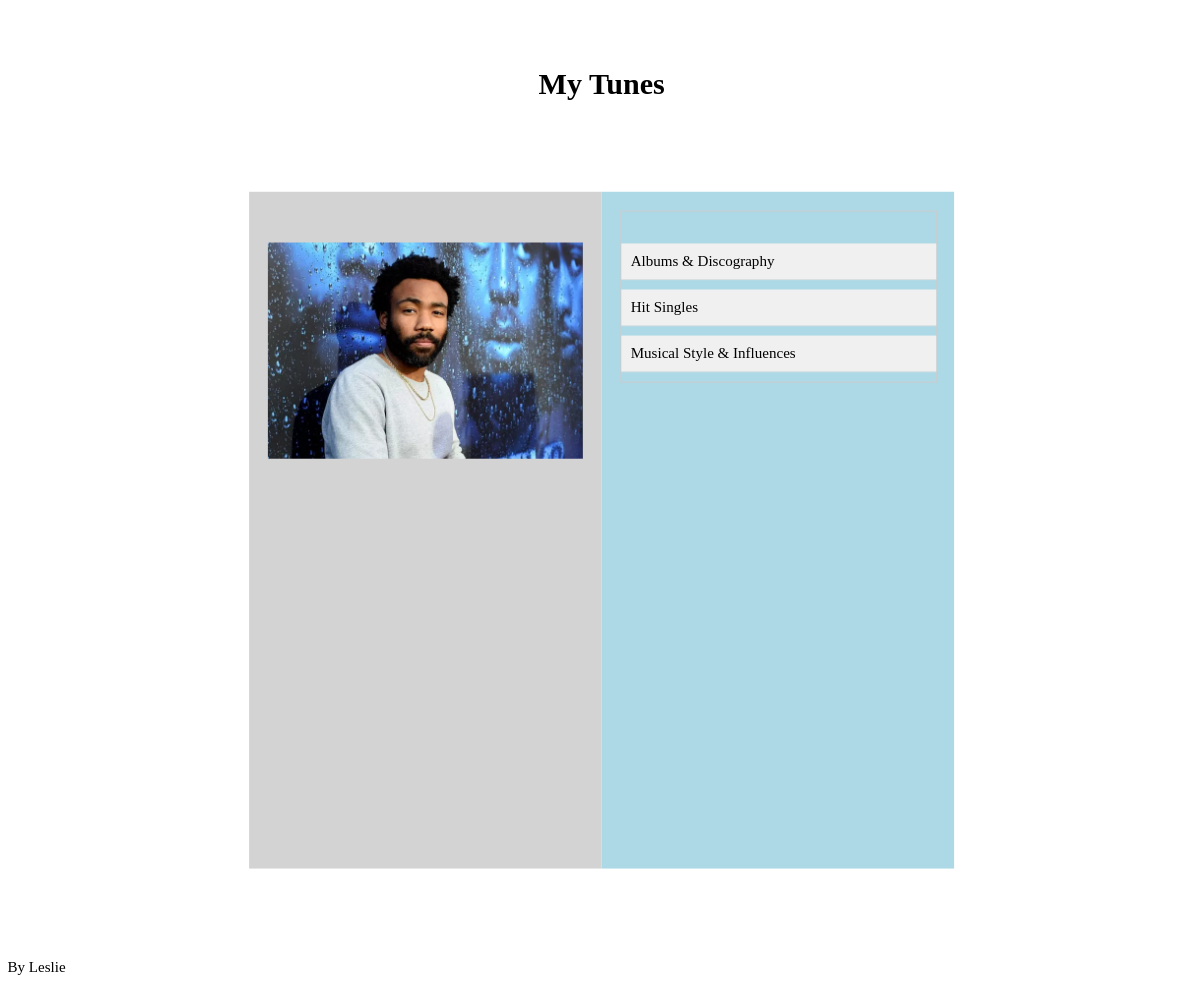
Repository: leslie179/labOne
Page: /
These files come from the project's save history. The page is drawn as it stood at one moment and after the next save; the edit follows.
The browser window is 1280 px wide. The pictures show the whole page, at 94% of full size.
The project was rebuilt for these pictures with package versions that can differ from the ones it lists, and the page was loaded fresh each time. The framework's server and built-in components were replaced by stand-ins that run in the browser. Also part of the build but not shown: next.config.js, components/Footer/Footer.module.css.

Above is the page before, as saved 2024-09-15 22:08:56.

After the next save:
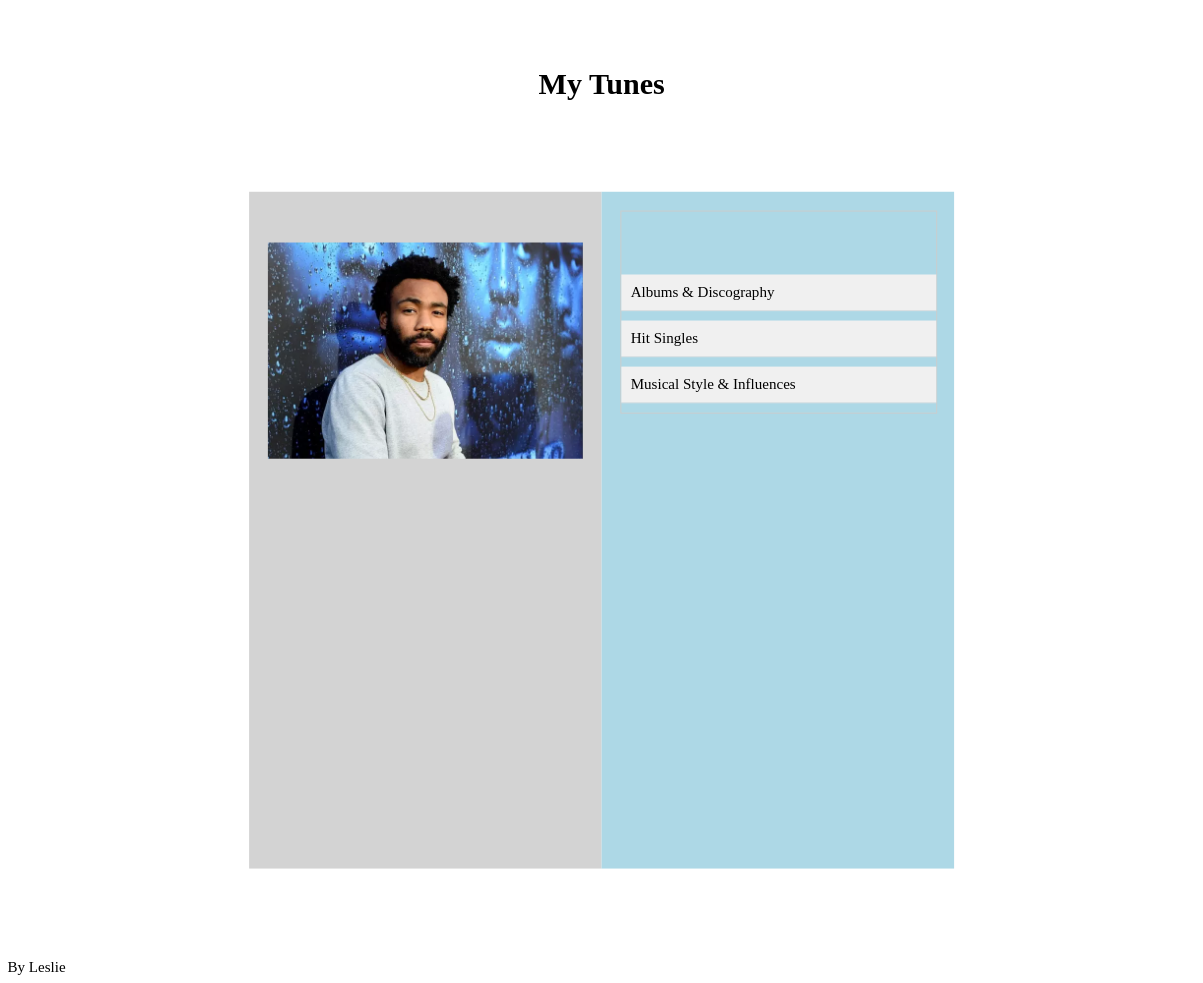
Saved 4 s later.
--- a/components/RightComponent/RightComponent.module.css
+++ b/components/RightComponent/RightComponent.module.css
@@ -10,7 +10,7 @@
 .accordion {
     border: 1px solid #ccc;
     width: 100%;
-    padding-top: 10%;
+    padding-top: 20%;
 }
 
 .item {
